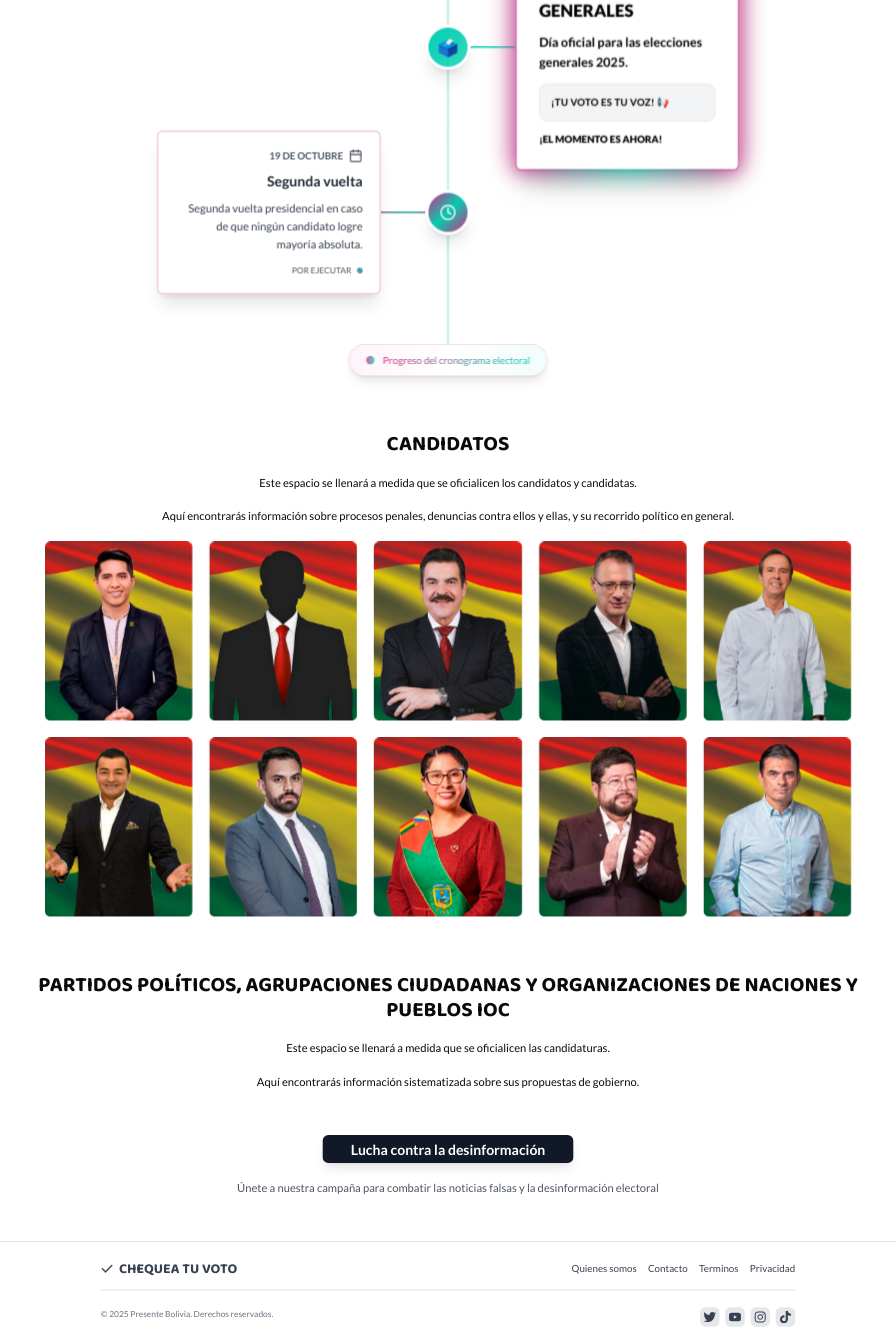
Repository: Roberto8695/chequeatuvoto-v2
Page: /
These files come from the project's save history. The page is drawn as it stood at one moment and after the next save; the edit follows.
The browser window is 1280 px wide. The pictures show the part of the page from y = 4458 to 6378 px (the page is 6378 px tall before and 6330 px after), at 70% of full size.
The project was rebuilt for these pictures with package versions that can differ from the ones it lists, and the page was loaded fresh each time. Some packages were replaced by stand-ins written for this rebuild. The framework's server and built-in components were replaced by stand-ins that run in the browser. Also part of the build but not shown: next.config.ts.

Above is the page before, as saved 2025-07-01 18:05:58.

After the next save:
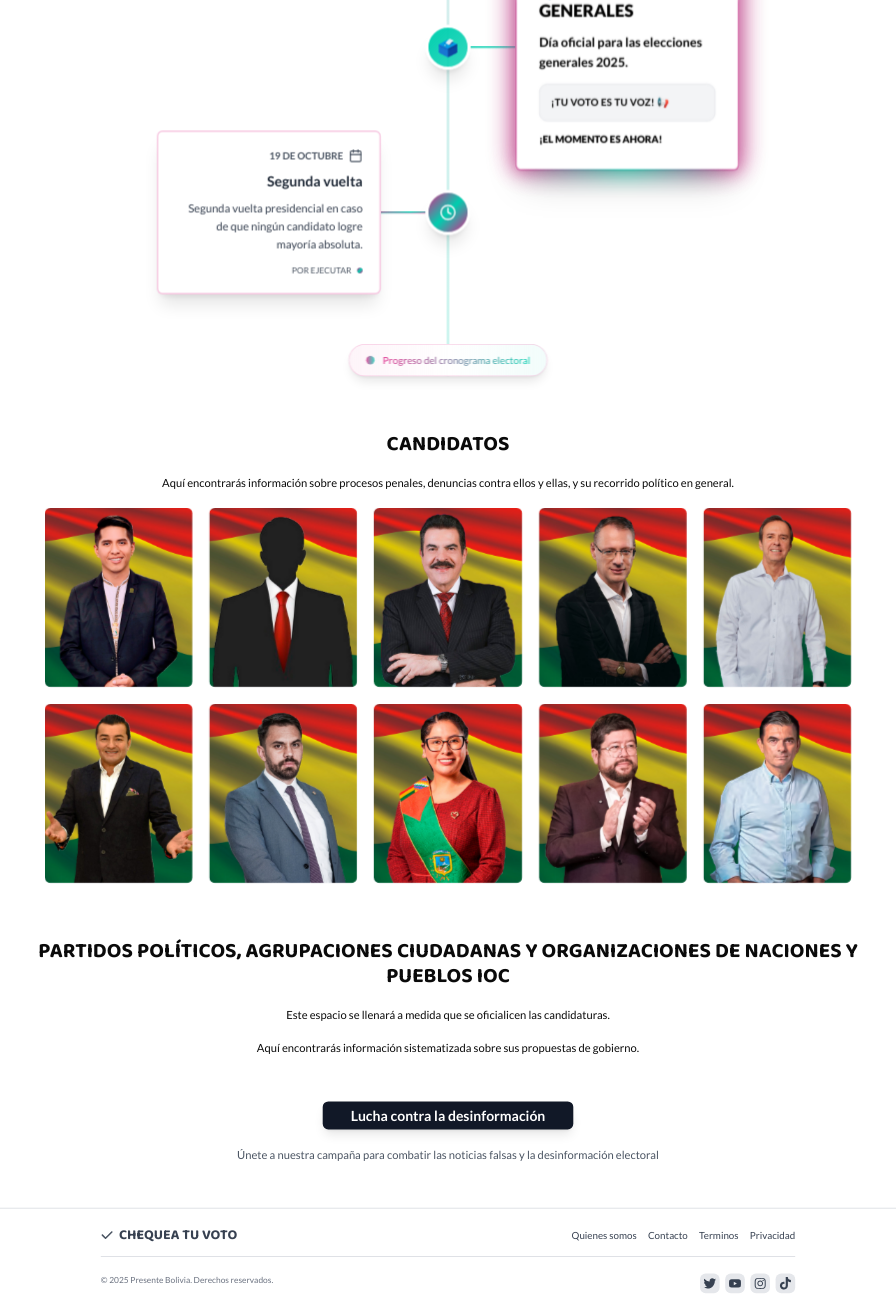
Saved 109 s later.
--- a/src/app/page.tsx
+++ b/src/app/page.tsx
@@ -221,10 +221,7 @@
                 <h2 className="text-3xl font-bold mb-6 text-center font-round">
                   CANDIDATOS
                 </h2>
-                <h3 className="text-base mb-6 text-center">
-                  Este espacio se llenará a medida que se oficialicen los candidatos
-                  y candidatas.
-                </h3>
+
                 <h3 className="text-base mb-6 text-center">
                   Aquí encontrarás información sobre procesos penales, denuncias
                   contra ellos y ellas, y su recorrido político en general.
